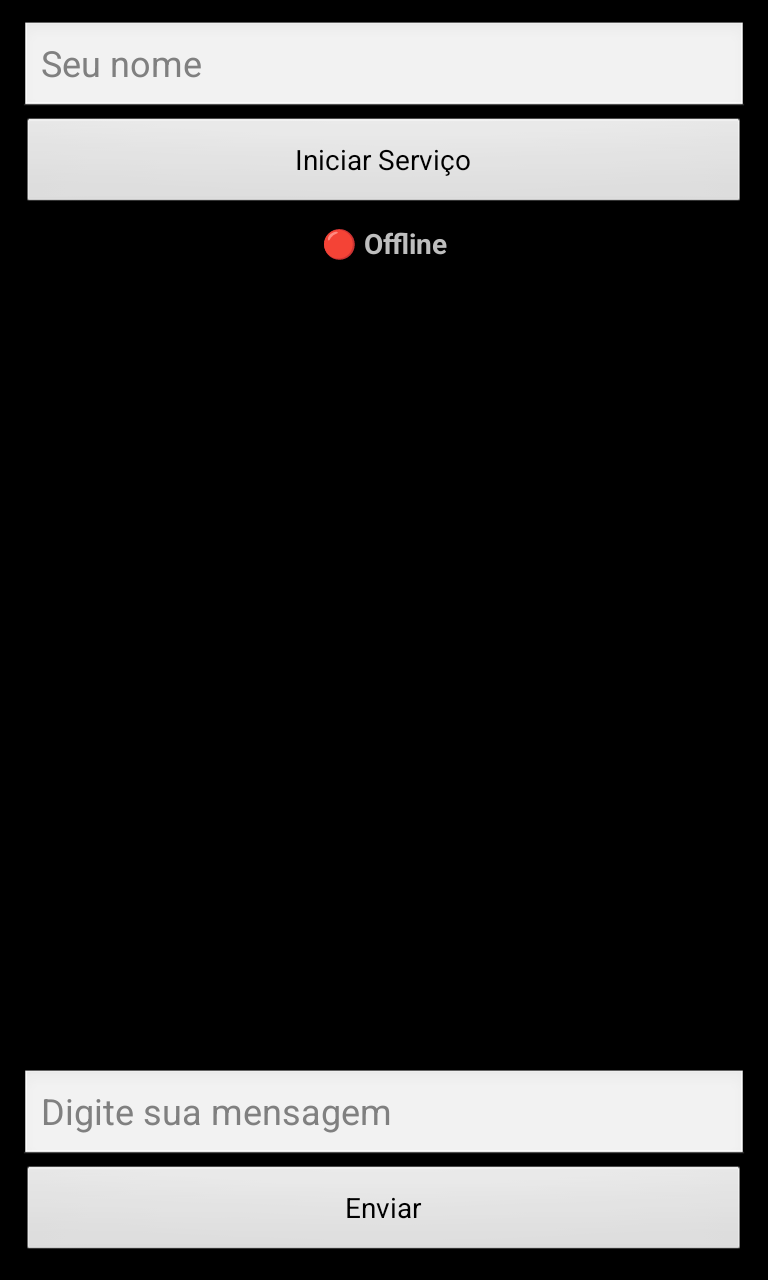
Repository: JoelmirMoura/AppMensagem
Layout: Mensagem/res/layout/main.xml
An editor plug-in stored every save of this project. The layout is shown before and after the next save, followed by the edit.
It is drawn on a 768 x 1280 px phone screen (xhdpi) without system bars, with theme android:Theme; the app's code is not run.

Above is the layout before, as saved 2026-04-27 11:31:01.

After the next save:
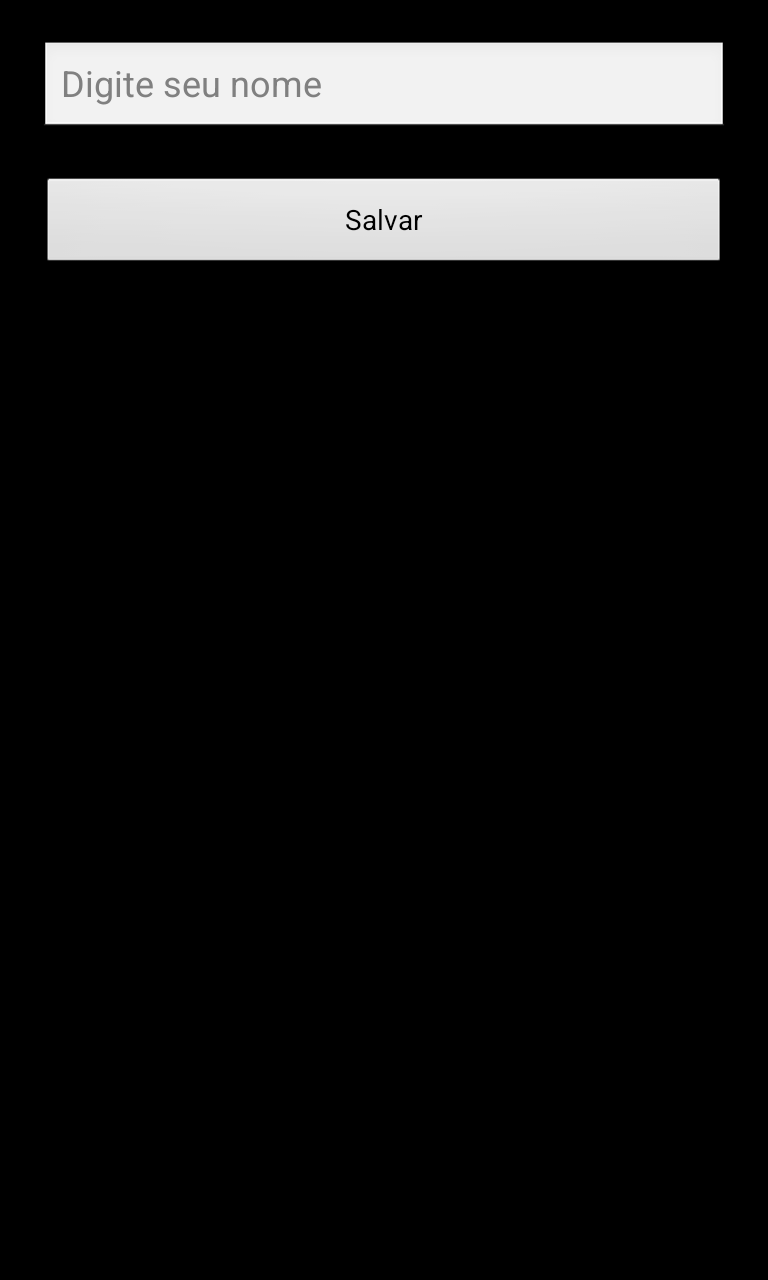
Saved 26 s later.
--- a/Mensagem/res/layout/main.xml
+++ b/Mensagem/res/layout/main.xml
@@ -1,63 +1,21 @@
+<?xml version="1.0" encoding="utf-8"?>
 <LinearLayout xmlns:android="http://schemas.android.com/apk/res/android"
     android:orientation="vertical"
-    android:padding="10dp"
-    android:layout_width="fill_parent"
-    android:layout_height="fill_parent">
+    android:padding="20dp"
+    android:layout_width="match_parent"
+    android:layout_height="match_parent">
 
+    <EditText
+        android:id="@+id/editNome"
+        android:layout_width="match_parent"
+        android:layout_height="wrap_content"
+        android:hint="Digite seu nome"/>
 
-	<EditText
-    	android:id="@+id/editNome"
-    	android:layout_width="match_parent"
-    	android:layout_height="wrap_content"
-    	android:hint="Seu nome"/>
-    <!-- 🔹 BOTÃO ÚNICO -->
     <Button
-        android:id="@+id/btnServidor"
-        android:layout_width="fill_parent"
+        android:id="@+id/btnSalvar"
+        android:layout_width="match_parent"
         android:layout_height="wrap_content"
-        android:text="Iniciar Serviço" />
-
-    <!-- 🔥 STATUS -->
-    <TextView
-        android:id="@+id/txtStatus"
-        android:layout_width="fill_parent"
-        android:layout_height="wrap_content"
-        android:text="🔴 Offline"
-        android:padding="6dp"
-        android:gravity="center"
-        android:textStyle="bold" />
-
-    <!-- 🔥 ÁREA DO CHAT -->
-    <ScrollView
-        android:id="@+id/scrollChat"
-        android:layout_width="fill_parent"
-        android:layout_height="0dp"
-        android:layout_weight="1"
-        android:fillViewport="true">
-
-        <LinearLayout
-            android:id="@+id/chatContainer"
-            android:layout_width="fill_parent"
-            android:layout_height="wrap_content"
-            android:orientation="vertical"
-            android:padding="10dp" />
-
-    </ScrollView>
-
-    <!-- 🔹 DIGITAÇÃO -->
-    <EditText
-        android:id="@+id/editMensagem"
-        android:layout_width="fill_parent"
-        android:layout_height="wrap_content"
-        android:hint="Digite sua mensagem"
-        android:singleLine="true"
-        android:layout_marginTop="8dp" />
-
-    <!-- 🔹 ENVIAR -->
-    <Button
-        android:id="@+id/btnEnviar"
-        android:layout_width="fill_parent"
-        android:layout_height="wrap_content"
-        android:text="Enviar" />
+        android:text="Salvar"
+        android:layout_marginTop="20dp"/>
 
 </LinearLayout>
